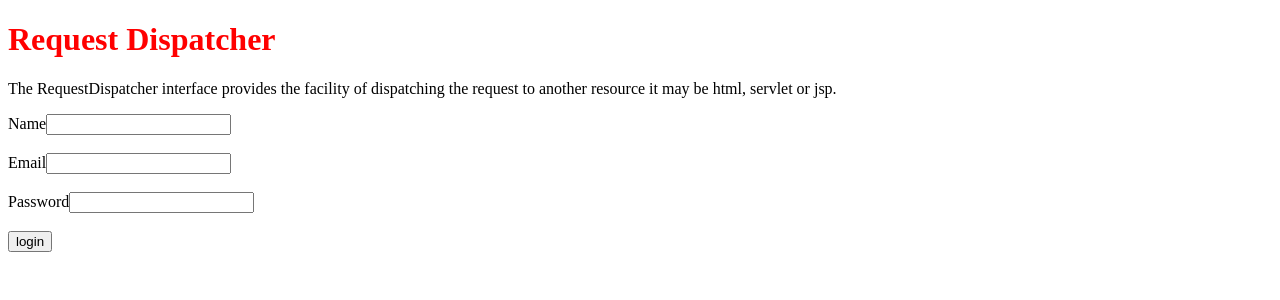
Repository: Ravikumarh6166/my-first-repo
Page: WebApps/src/main/webapp/Request.html
An editor plug-in stored every save of this project. The page is shown before and after the next save, followed by the edit.
The browser window is 1280 px wide. The pictures show the whole page.

Above is the page before, as saved 2022-08-26 06:00:22.

After the next save:
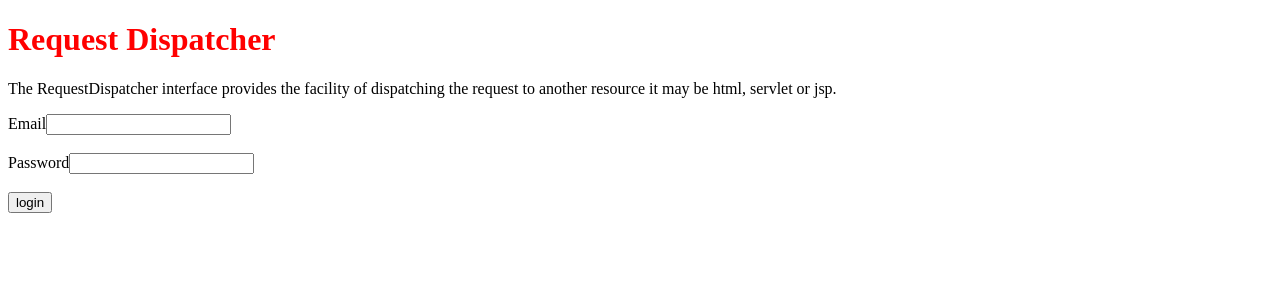
Saved 13 s later.
--- a/WebApps/src/main/webapp/Request.html
+++ b/WebApps/src/main/webapp/Request.html
@@ -13,7 +13,7 @@
  dispatching the request to another resource
  it may be html, servlet or jsp.</p>
 
-Name<input type="text" name="nm"><br><br>
+
 Email<input type="email" name="useremail"><br><br>
 Password<input type="password" name="upw"><br><br>
 <input type="submit" value="login"><br><br>
